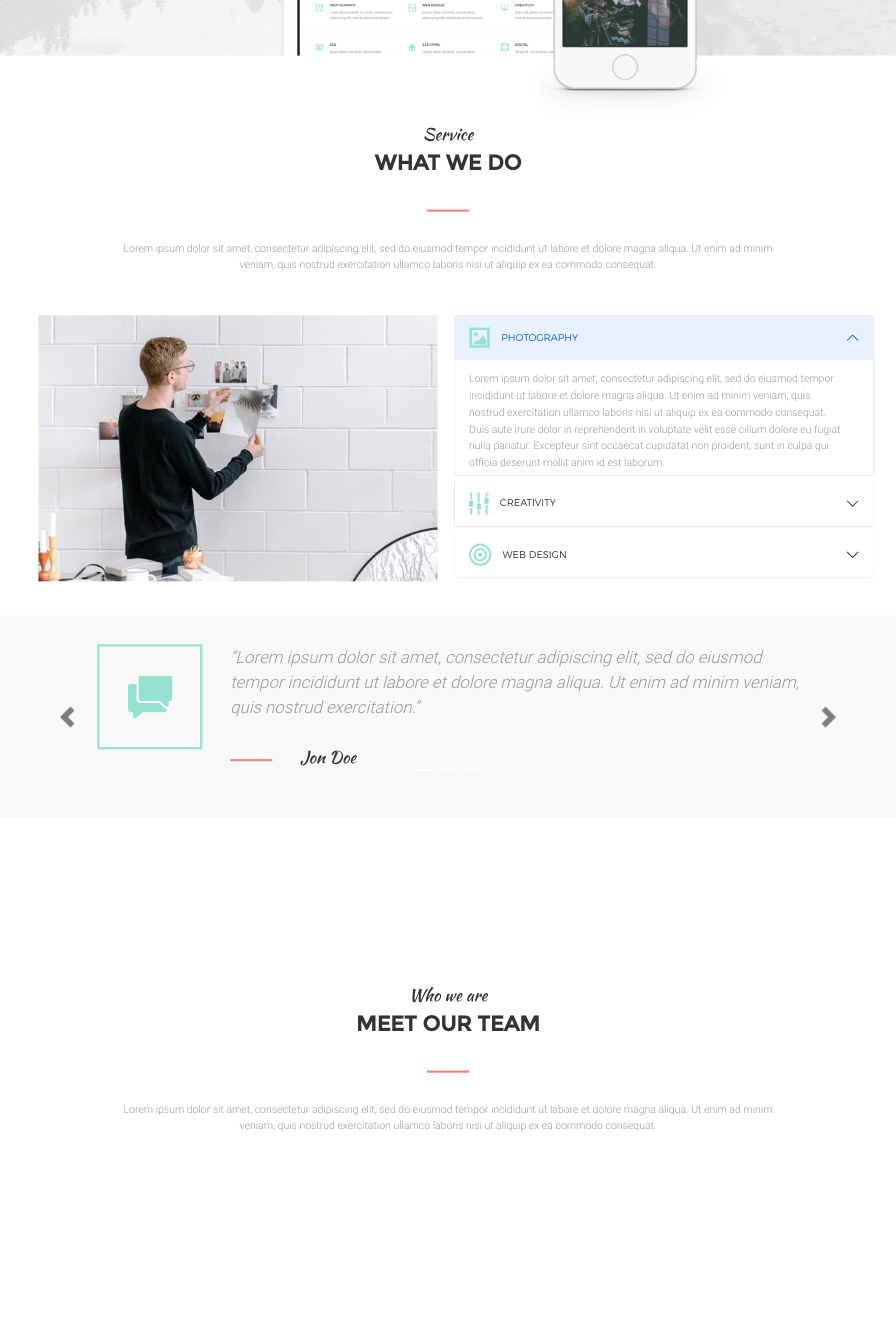
Repository: RaffiBarseghyan/mogo
Page: /
An editor plug-in stored every save of this project. The page is shown before and after a run of saves, followed by the edit.
The browser window is 1280 px wide. The pictures show the part of the page from y = 3348 to 5268 px (the page is 5268 px tall), at 70% of full size.
The project was rebuilt for these pictures with package versions that can differ from the ones it lists, and the page was loaded fresh each time.

Above is the page before, as saved 2023-05-12 23:11:00.

### src/App.jsx
import "./App.css";
import "bootstrap/dist/css/bootstrap.min.css";
import "bootstrap/dist/js/bootstrap.bundle";
import Header from "./Pages/Header/header";
import AboutUs from "./Pages/AboutUs/aboutUs";
import WorkWith from "./Pages/WorkWith/workWith";
import AllDevice from "./Pages/AllDevice/allDevice";
import Service from "./Pages/ServicePage/service";
import WeAre from "./Pages/WeAre/weAre";

function App() {
  return (
    <div className="App">
      <Header />
      <AboutUs />
      <WorkWith />
      <AllDevice />
      <Service />
      <WeAre />
    </div>
  );
}

export default App;

### src/Pages/AboutUs/aboutUs.jsx
import style from "./aboutUs.module.scss";
import aboutUs1 from "../../Assets/Images/aboutUs1.png";
import aboutUs2 from "../../Assets/Images/aboutUs2.png";
import aboutUs3 from "../../Assets/Images/aboutUs3.png";
import user from "../../Assets/Images/USERS.png";

function AboutUs() {
  return (
    <>
      <div className={style.aboutUs}>
        <h3>What we do</h3>
        <h2>Story about us</h2>
        <div className={style.line}></div>
        <p>
          Lorem ipsum dolor sit amet, consectetur adipiscing elit, sed do
          eiusmod tempor incididunt ut labore et dolore magna aliqua. Ut enim ad
          minim <br />
          veniam, quis nostrud exercitation ullamco laboris nisi ut aliquip ex
          ea commodo consequat.
        </p>
        <div className="d-flex justify-content-center flex-wrap ">
          <div className={style.imgDiv}>
            <img src={user} alt="" className={style.user} />
            <p>SUPER TEAM</p>
            <img src={aboutUs1} alt="" className={style.aboutImg} />
          </div>
          <div className={style.imgDiv}>
            <img src={user} alt="" className={style.user} />
            <p>SUPER TEAM</p>
            <img src={aboutUs2} alt="" className={style.aboutImg} />
          </div>
          <div className={style.imgDiv}>
            <img src={user} alt="" className={style.user} />
            <p>SUPER TEAM</p>
            <img src={aboutUs3} alt="" className={style.aboutImg} />
          </div>
        </div>
      </div>

      <div
        className={`${style.aboutUsFooter} d-flex justify-content-center align-items-center flex-wrap`}
      >
        <div className={style.first_line}>
          <h2>42</h2>
          <p>Web Design Projects</p>
        </div>
        <div>
          <h2>123</h2>
          <p>happy client</p>
        </div>
        <div>
          <h2>15</h2>
          <p>award winner</p>
        </div>
        <div>
          <h2>99</h2>
          <p>cup of coffee</p>
        </div>
        <div>
          <h2>24</h2>
          <p>members</p>
        </div>
      </div>
    </>
  );
}

export default AboutUs;

### src/Pages/WorkWith/workWith.jsx
import style from "./workWith.module.scss";
import ALARM from "../../Assets/Images/ALARM.png";
import LINEGRAPH from "../../Assets/Images/LINEGRAPH.png";
import COMPUTER_OK from "../../Assets/Images/COMPUTER_OK.png";
import BOOK from "../../Assets/Images/BOOK.png";
import HOME from "../../Assets/Images/HOME.png";
import IMAGE from "../../Assets/Images/IMAGE.png";

function WorkWith() {
  return (
    <>
      <div className={style.workWith}>
        <h3>We work with</h3>
        <h2>Amazing Services</h2>
        <div className={style.line}></div>

        <div
          className={`${style.workWithFooter} d-flex flex-wrap justify-content-center container`}
        >
          <div className={`d-flex ${style.box1}`}>
            <div>
              <img src={ALARM} alt="" />
            </div>
            <div>
              <h2>Photography</h2>
              <p>
                Lorem ipsum dolor sit amet, consectetur <br />
                adipiscing elit, sed do eiusmod tempor.
              </p>
            </div>
          </div>
          <div className={`d-flex ${style.box2}`}>
            <div>
              <img src={LINEGRAPH} alt="" />
            </div>
            <div>
              <h2>Web Design</h2>
              <p>
                Ipsum dolor sit amet, consectetur <br />
                adipiscing elit, sed do eiusmod tempor.
              </p>
            </div>
          </div>
          <div className={`d-flex ${style.box3}`}>
            <div>
              <img src={COMPUTER_OK} alt="" />
            </div>
            <div>
              <h2>Creativity</h2>
              <p>
                Dolor sit amet, consectetur adipiscing elit, <br />
                sed do eiusmod tempor.
              </p>
            </div>
          </div>
          <div className={`d-flex ${style.box4}`}>
            <div>
              <img src={BOOK} alt="" />
            </div>
            <div>
              <h2>seo</h2>
              <p>
                Ipsum dolor sit amet, consectetur <br />
                adipiscing elit, sed do eiusmod.
              </p>
            </div>
          </div>
          <div className={`d-flex ${style.box5}`}>
            <div>
              <img src={HOME} alt="" />
            </div>
            <div>
              <h2>Css/Html</h2>
              <p>
                Lorem dolor sit amet, consectetur <br />
                adipiscing elit, sed do tempor.
              </p>
            </div>
          </div>
          <div className={`d-flex ${style.box6}`}>
            <div>
              <img src={IMAGE} alt="" />
            </div>
            <div>
              <h2>digital</h2>
              <p>
                Sit amet, consectetur adipiscing elit, sed do <br />
                eiusmod tempor.
              </p>
            </div>
          </div>
        </div>
      </div>
    </>
  );
}

export default WorkWith;

### src/Pages/AllDevice/allDevice.jsx
import style from "./allDevice.module.scss";
import ipad from "../../Assets/Images/ipad.png";
import iphone from "../../Assets/Images/iphone.png";

function AllDevice() {
  return (
    <>
      <div className={`${style.allDevice}`}>
        <div className={style.allDeviceBg}>
          <h3>For all devices</h3>
          <h2>Unique design</h2>
          <div className={style.line}></div>
          <img src={ipad} alt="" className={style.ipad}/>
          <img src={iphone} alt="" className={style.iphone} />
        </div>
      </div>
    </>
  );
}

export default AllDevice;

### src/Pages/WeAre/weAre.jsx
import style from "./weAre.module.scss";
import service from "../../Assets/Images/service.png";
import PICTURE from "../../Assets/Images/PICTURE.png";
import EQUALIZER from "../../Assets/Images/EQUALIZER.png";
import BULLSEYE from "../../Assets/Images/BULLSEYE.png";
import serviceFooter from "../../Assets/Images/serviceFooter.png";

function WeAre() {
  return (
    <>
      <div className={`${style.WeAre}`}>
        <h3>Who we are</h3>
        <h2>Meet our team</h2>
        <div className={style.line}></div>
        <p>
          Lorem ipsum dolor sit amet, consectetur adipiscing elit, sed do
          eiusmod tempor incididunt ut labore et dolore magna aliqua. Ut enim ad
          minim <br />
          veniam, quis nostrud exercitation ullamco laboris nisi ut aliquip ex
          ea commodo consequat.
        </p>
      </div>
    </>
  );
}

export default WeAre;

### src/Pages/WorkWith/workWith.module.scss
@font-face {
  font-family: Montserrat;
  src: url("../../Assets/Fonts/montserrat/Montserrat-Light.otf")
    format("truetype");
}

@font-face {
  font-family: Montserrat_mid;
  src: url("../../Assets/Fonts/montserrat/Montserrat-Regular.ttf")
    format("truetype");
}

@font-face {
  font-family: Montserrat_bold;
  src: url("../../Assets/Fonts/montserrat/Montserrat-ExtraBold.otf")
    format("truetype");
}

@font-face {
  font-family: kaushan;
  src: url("../../Assets/Fonts/kaushan-script/kaushan-script.kaushanscript-regular.otf")
    format("truetype");
}

.workWith {
  min-height: 750px;
  display: flex;
  flex-direction: column;
  align-items: center;
  justify-content: center;
  h3 {
    font-size: 24px;
    color: #333333;
    font-weight: 400;
    font-family: "kaushan";
    text-align: center;
  }
  h2 {
    font-size: 30px;
    text-transform: uppercase;
    color: #333333;
    font-weight: 700;
    font-family: "Montserrat_mid";
    text-align: center;
  }
  .line {
    width: 60px;
    height: 3px;
    background-color: #f38181;
    margin: 40px;
  }
}

.workWithFooter {
  > div {
    width: 400px;
    margin-top: 90px;
  }
  h2 {
    font-size: 14px;
    text-transform: uppercase;
    color: #333333;
    font-weight: 400;
    font-family: "Montserrat";
    text-align: start;
  }
  p {
    font-size: 15px;
    line-height: 24px;
    color: #999999;
    font-weight: 400;
    font-family: "Roboto";
    text-align: start;
  }
  img {
    margin-right: 30px;
  }
}

.box1,
.box2,
.box3 {
  border-bottom: 1px solid #e5e5e5;
}

@media only screen and (max-width: 1399.2px) {
  .box1,
  .box2,
  .box3,
  .box4 {
    border-bottom: 1px solid #e5e5e5;
  }
}

@media only screen and (max-width: 991.2px) {
  .box1,
  .box2,
  .box3,
  .box4,
  .box5 {
    border-bottom: 1px solid #e5e5e5;
  }
}

### src/Pages/AllDevice/allDevice.module.scss
@font-face {
  font-family: Montserrat;
  src: url("../../Assets/Fonts/montserrat/Montserrat-Light.otf")
    format("truetype");
}

@font-face {
  font-family: Montserrat_mid;
  src: url("../../Assets/Fonts/montserrat/Montserrat-Regular.ttf")
    format("truetype");
}

@font-face {
  font-family: Montserrat_bold;
  src: url("../../Assets/Fonts/montserrat/Montserrat-ExtraBold.otf")
    format("truetype");
}

@font-face {
  font-family: kaushan;
  src: url("../../Assets/Fonts/kaushan-script/kaushan-script.kaushanscript-regular.otf")
    format("truetype");
}

.allDevice {
  min-height: 900px;

  h3 {
    font-size: 24px;
    color: #333333;
    font-weight: 400;
    font-family: "kaushan";
    text-align: center;
  }
  h2 {
    font-size: 30px;
    text-transform: uppercase;
    color: #333333;
    font-weight: 700;
    font-family: "Montserrat_mid";
    text-align: center;
  }
  .line {
    width: 60px;
    height: 3px;
    background-color: #f38181;
    margin: 40px;
  }
  .allDeviceBg {
    width: 100%;
    min-height: 850px;
    background-image: url("../../Assets/Images/allDeviceBg.png");
    background-position: center;
    background-size: cover;
    background-repeat: no-repeat;

    display: flex;
    flex-direction: column;
    align-items: center;
    justify-content: center;
  }
}

.ipad {
  position: absolute;
  margin-top: 268px;
}

.iphone {
  position: relative;
  top: 194px;
  left: 257px;
}

@media only screen and (max-width: 992.2px) {
  .ipad {
    width: 378px;
    height: 480px;
    margin-top: 370px;
  }
  .iphone {
    width: 200px;
    height: 360px;
    top: 225px;
    left: 217px;
  }
}

@media only screen and (max-width: 650.2px) {
  .ipad {
    width: 290px;
    height: 380px;
    margin-top: 470px;
  }
  .iphone {
    width: 165px;
    height: 290px;
    top: 250px;
    left: 159px;
  }
}

### src/Pages/ServicePage/service.module.scss
@font-face {
  font-family: Montserrat;
  src: url("../../Assets/Fonts/montserrat/Montserrat-Light.otf")
    format("truetype");
}

@font-face {
  font-family: Montserrat_mid;
  src: url("../../Assets/Fonts/montserrat/Montserrat-Regular.ttf")
    format("truetype");
}

@font-face {
  font-family: Montserrat_bold;
  src: url("../../Assets/Fonts/montserrat/Montserrat-ExtraBold.otf")
    format("truetype");
}

@font-face {
  font-family: kaushan;
  src: url("../../Assets/Fonts/kaushan-script/kaushan-script.kaushanscript-regular.otf")
    format("truetype");
}
@font-face {
  font-family: Roboto;
  src: url("../../Assets/Fonts/robotofont/Roboto-Light.ttf") format("truetype");
}

.Service {
  min-height: 750px;
  display: flex;
  flex-direction: column;
  align-items: center;
  justify-content: center;
  h3 {
    font-size: 24px;
    color: #333333;
    font-weight: 400;
    font-family: "kaushan";
    text-align: center;
  }
  h2 {
    font-size: 30px;
    text-transform: uppercase;
    color: #333333;
    font-weight: 700;
    font-family: "Montserrat_mid";
    text-align: center;
  }
  p {
    font-size: 15px;
    line-height: 24px;
    color: #999999;
    font-weight: 400;
    font-family: "Roboto";
    text-align: center;
    margin-bottom: 60px;
  }
}
.line {
  width: 60px;
  height: 3px;
  background-color: #f38181;
  margin: 40px;
}
.acordeon {
  width: 600px;
  height: 380px;
  button {
    font-size: 14px;
    text-transform: uppercase;
    color: #333333;
    font-weight: 400;
    font-family: "Montserrat";
  }
  .acordeonBody {
    width: 590px;
    height: 165px;
    font-size: 15px;
    line-height: 24px;
    color: #999999;
    font-weight: 300;
    font-family: "Roboto";
    text-align: start;
    overflow: auto;
  }
  ::-webkit-scrollbar {
    width: 5px;
  }

  /* Track */
  ::-webkit-scrollbar-track {
    box-shadow: inset 0 0 5px #f5f5f5;
    border-radius: 10px;
  }

  /* Handle */
  ::-webkit-scrollbar-thumb {
    background-color: #95e1d3;
    border-radius: 10px;
  }

  /* Handle on hover */
  ::-webkit-scrollbar-thumb:hover {
    background-color: #7fc0b4;
  }
}

.serviceFooter {
  min-height: 290px;
  background-color: #f8f8f8;
  display: flex;
  align-items: center;
  justify-content: center;
  > div {
    width: 1300px;
  }
  p {
    font-size: 24px;
    line-height: 36px;
    color: #999999;
    font-weight: 300;
    font-style: italic;
    font-family: "Roboto";
    text-align: start;
    margin-left: 40px;
  }
  h2 {
    font-size: 24px;
    color: #333333;
    font-weight: 400;
    font-family: "kaushan";
  }
}

.prev {
  width: 30px;
  height: 30px;
  background-image: url("data:[embedded picture, 192 characters]");
}

.next {
  width: 30px;
  height: 30px;
  background-image: url("data:[embedded picture, 193 characters]");
}

@media only screen and (max-width: 650.2px) {
  .acordeon {
    width: 480px;
    margin-top: 20px;
  }
  .acordeonBody {
    max-width: 470px;
  }
  .Service > div > img {
    width: 459px;
    height: 300px;
  }
  .serviceFooter{
    img{
        display: none;
    }
  }
}

### src/Pages/WeAre/weAre.module.scss
@font-face {
  font-family: Montserrat;
  src: url("../../Assets/Fonts/montserrat/Montserrat-Light.otf")
    format("truetype");
}

@font-face {
  font-family: Montserrat_mid;
  src: url("../../Assets/Fonts/montserrat/Montserrat-Regular.ttf")
    format("truetype");
}

@font-face {
  font-family: Montserrat_bold;
  src: url("../../Assets/Fonts/montserrat/Montserrat-ExtraBold.otf")
    format("truetype");
}

@font-face {
  font-family: kaushan;
  src: url("../../Assets/Fonts/kaushan-script/kaushan-script.kaushanscript-regular.otf")
    format("truetype");
}
@font-face {
  font-family: Roboto;
  src: url("../../Assets/Fonts/robotofont/Roboto-Light.ttf") format("truetype");
}

.WeAre {
  min-height: 750px;
  display: flex;
  flex-direction: column;
  align-items: center;
  justify-content: center;
  h3 {
    font-size: 24px;
    color: #333333;
    font-weight: 400;
    font-family: "kaushan";
    text-align: center;
  }
  h2 {
    font-size: 30px;
    text-transform: uppercase;
    color: #333333;
    font-weight: 700;
    font-family: "Montserrat_mid";
    text-align: center;
  }
  p {
    font-size: 15px;
    line-height: 24px;
    color: #999999;
    font-weight: 400;
    font-family: "Roboto";
    text-align: center;
    margin-bottom: 60px;
  }
}
.line {
  width: 60px;
  height: 3px;
  background-color: #f38181;
  margin: 40px;
}

Loaded but not shown: public/index.html (common file); src/index.js (common file); src/index.css (common file); src/reportWebVitals.js (common file); src/App.css (common file); src/Pages/ServicePage/service.jsx (248 lines, source omitted); src/Pages/Header/header.module.scss (204 lines, source omitted); src/Pages/Header/header.jsx (96 lines, source omitted); src/Pages/AboutUs/aboutUs.module.scss (154 lines, source omitted)

After the next 2 saves:
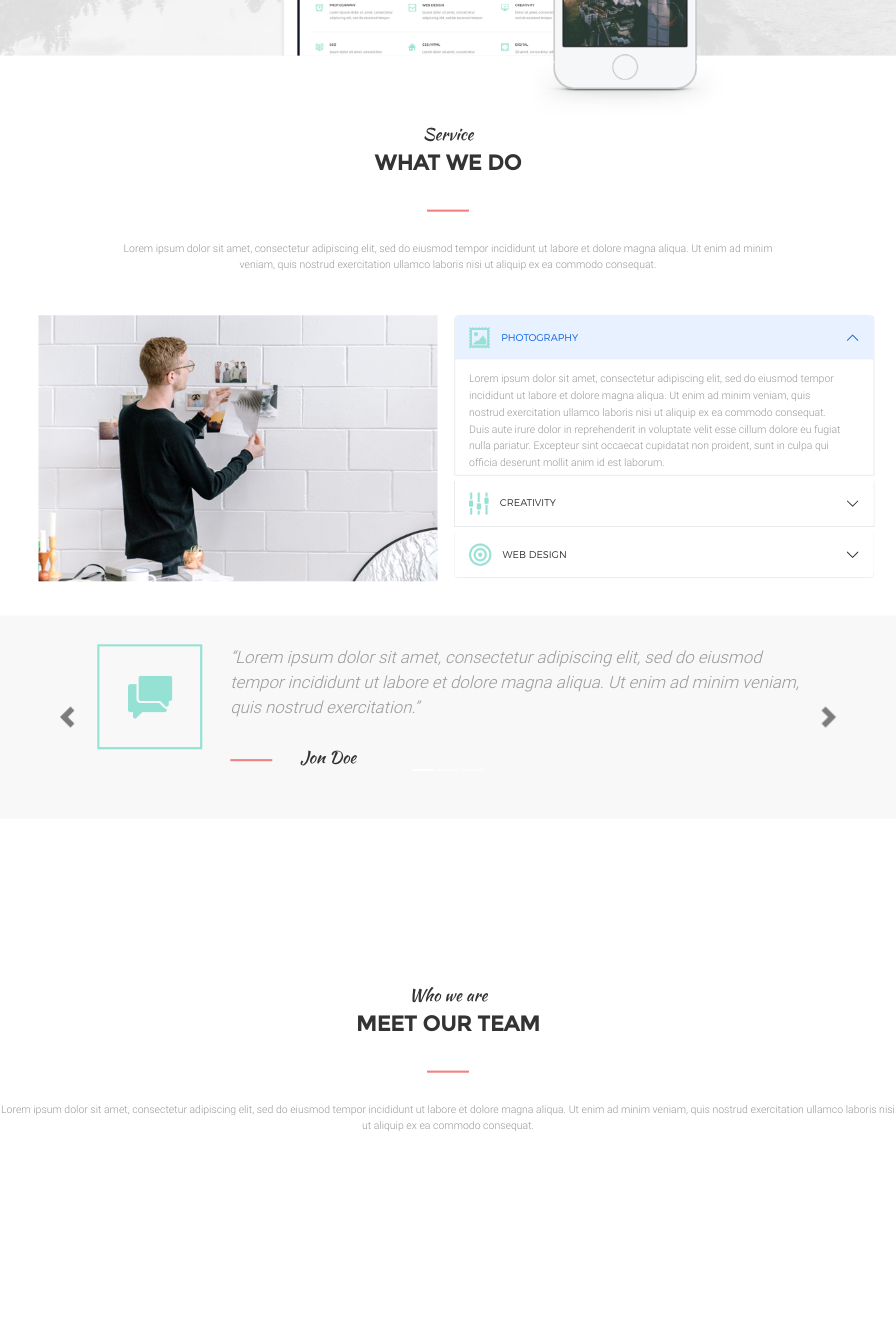
The 2 saves are shown as one change because they came seconds apart.
The last was saved 10 s later.
--- a/src/Pages/WeAre/weAre.jsx
+++ b/src/Pages/WeAre/weAre.jsx
@@ -15,9 +15,8 @@
         <p>
           Lorem ipsum dolor sit amet, consectetur adipiscing elit, sed do
           eiusmod tempor incididunt ut labore et dolore magna aliqua. Ut enim ad
-          minim <br />
-          veniam, quis nostrud exercitation ullamco laboris nisi ut aliquip ex
-          ea commodo consequat.
+          minim veniam, quis nostrud exercitation ullamco laboris nisi ut
+          aliquip ex ea commodo consequat.
         </p>
       </div>
     </>

After the 2 saves that followed:
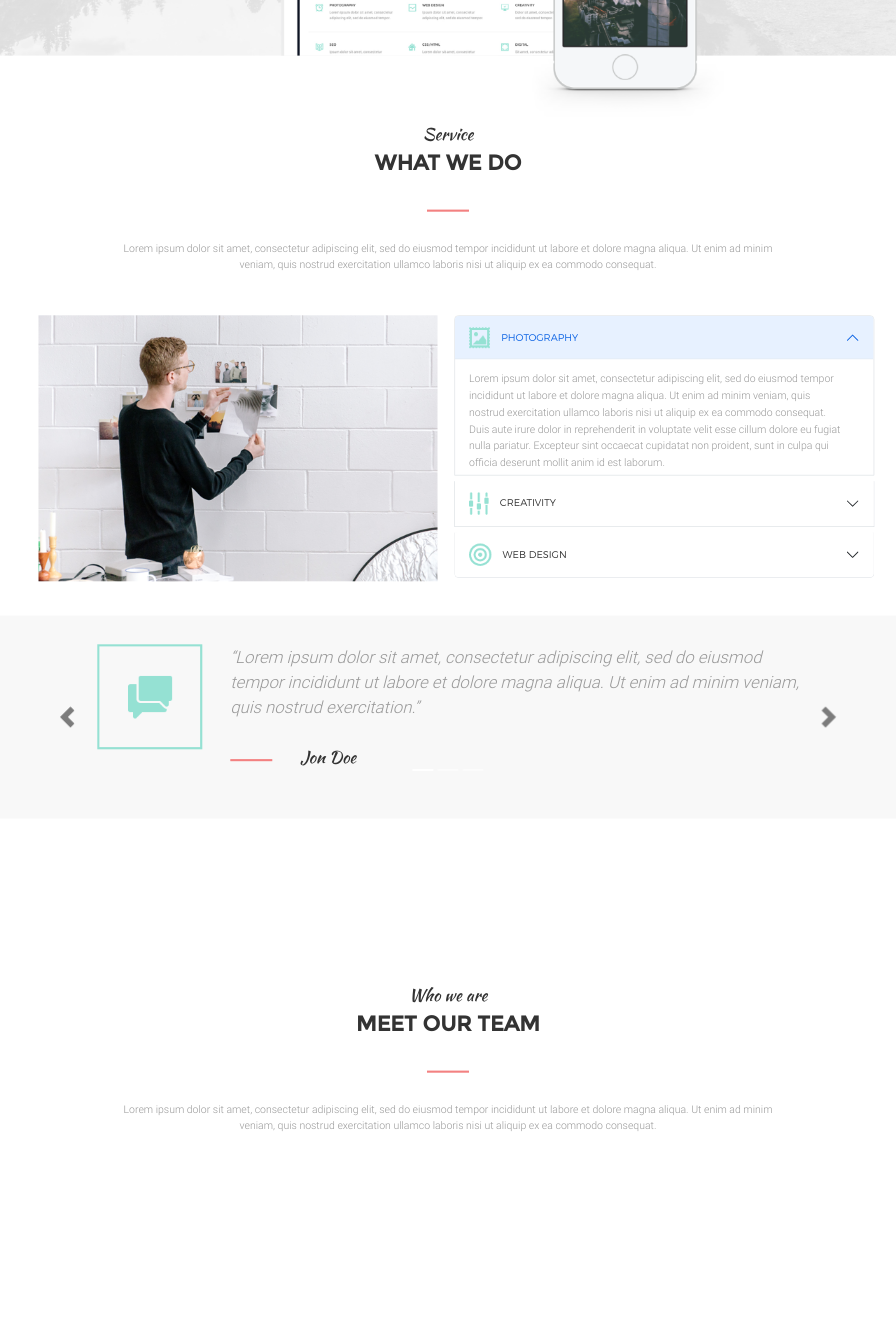
The 2 saves are shown as one change because they came seconds apart.
The last was saved 15 s later.
--- a/src/Pages/WeAre/weAre.jsx
+++ b/src/Pages/WeAre/weAre.jsx
@@ -15,7 +15,8 @@
         <p>
           Lorem ipsum dolor sit amet, consectetur adipiscing elit, sed do
           eiusmod tempor incididunt ut labore et dolore magna aliqua. Ut enim ad
-          minim veniam, quis nostrud exercitation ullamco laboris nisi ut
+          minim <br />
+           veniam, quis nostrud exercitation ullamco laboris nisi ut
           aliquip ex ea commodo consequat.
         </p>
       </div>
